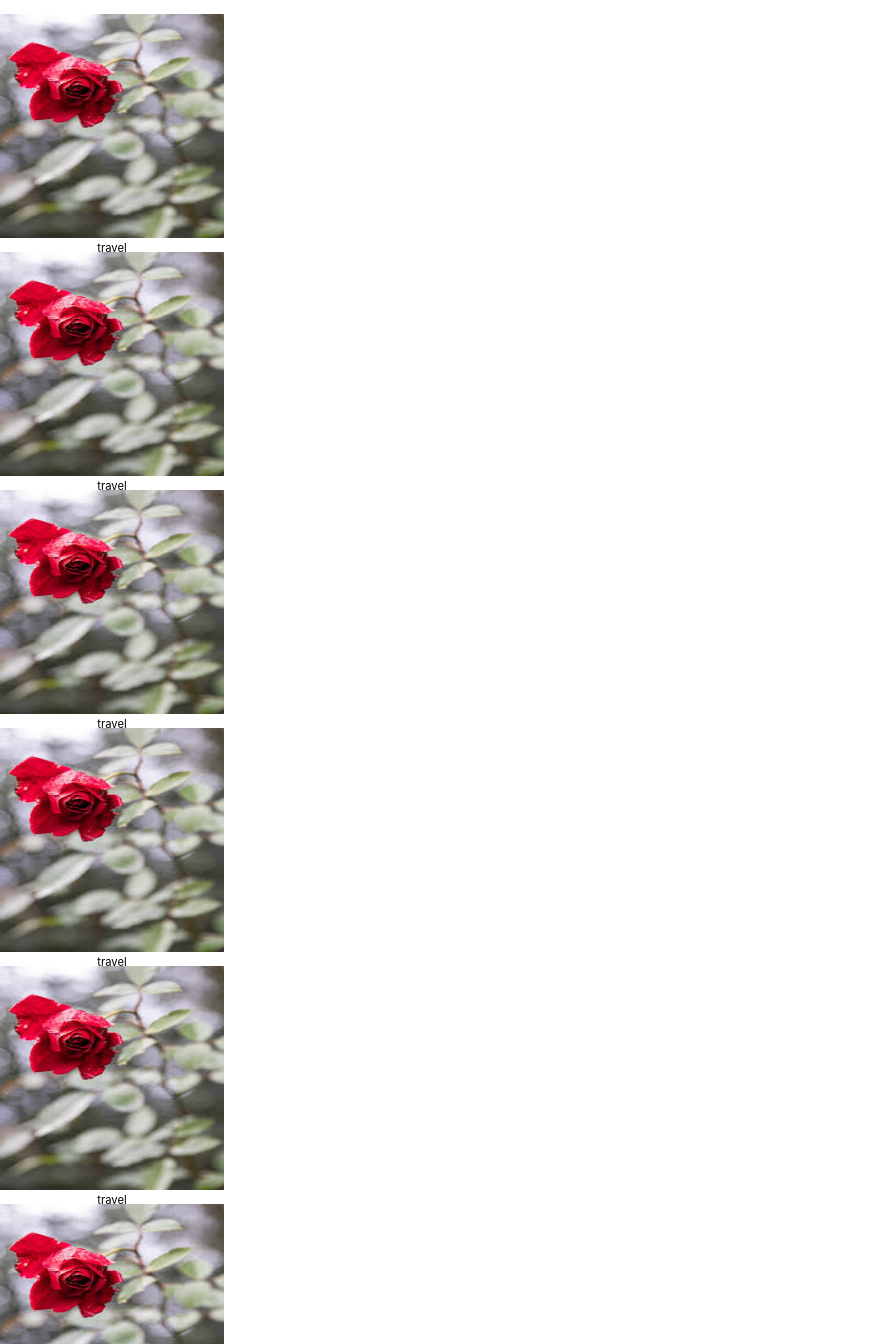
Repository: vakharia5/Preview
Page: /
An editor plug-in stored every save of this project. The page is shown before and after the next save, followed by the edit.
The browser window is 1280 px wide. The pictures show the part of the page from y = 0 to 1920 px (the page is 2780 px tall), at 70% of full size.
The project was rebuilt for these pictures with package versions that can differ from the ones it lists, and the page was loaded fresh each time.

Above is the page before, as saved 2020-06-22 14:38:48.

After the next save:
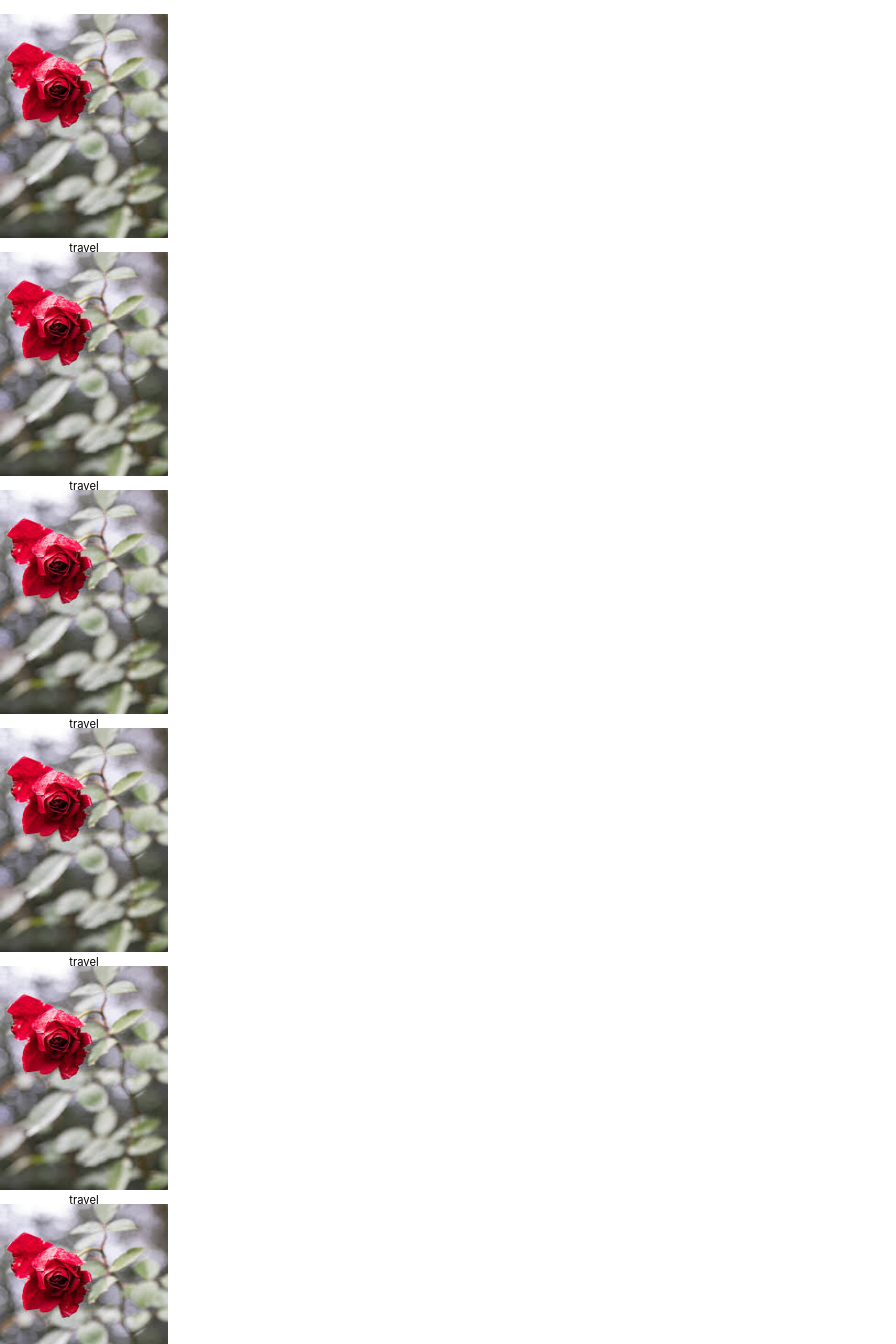
Saved 18 s later.
--- a/src/assets/css/Style.css
+++ b/src/assets/css/Style.css
@@ -1,11 +1,11 @@
 .card{
     height: 20rem;
-    width: 20rem;
+    width: 15rem;
     margin-right: 5px;
     margin-top: 20px;
 }
 
 .cardImage {
     height: 20rem;
-    width: 20rem;
+    width: 15rem;
 }

After the 2 saves that followed:
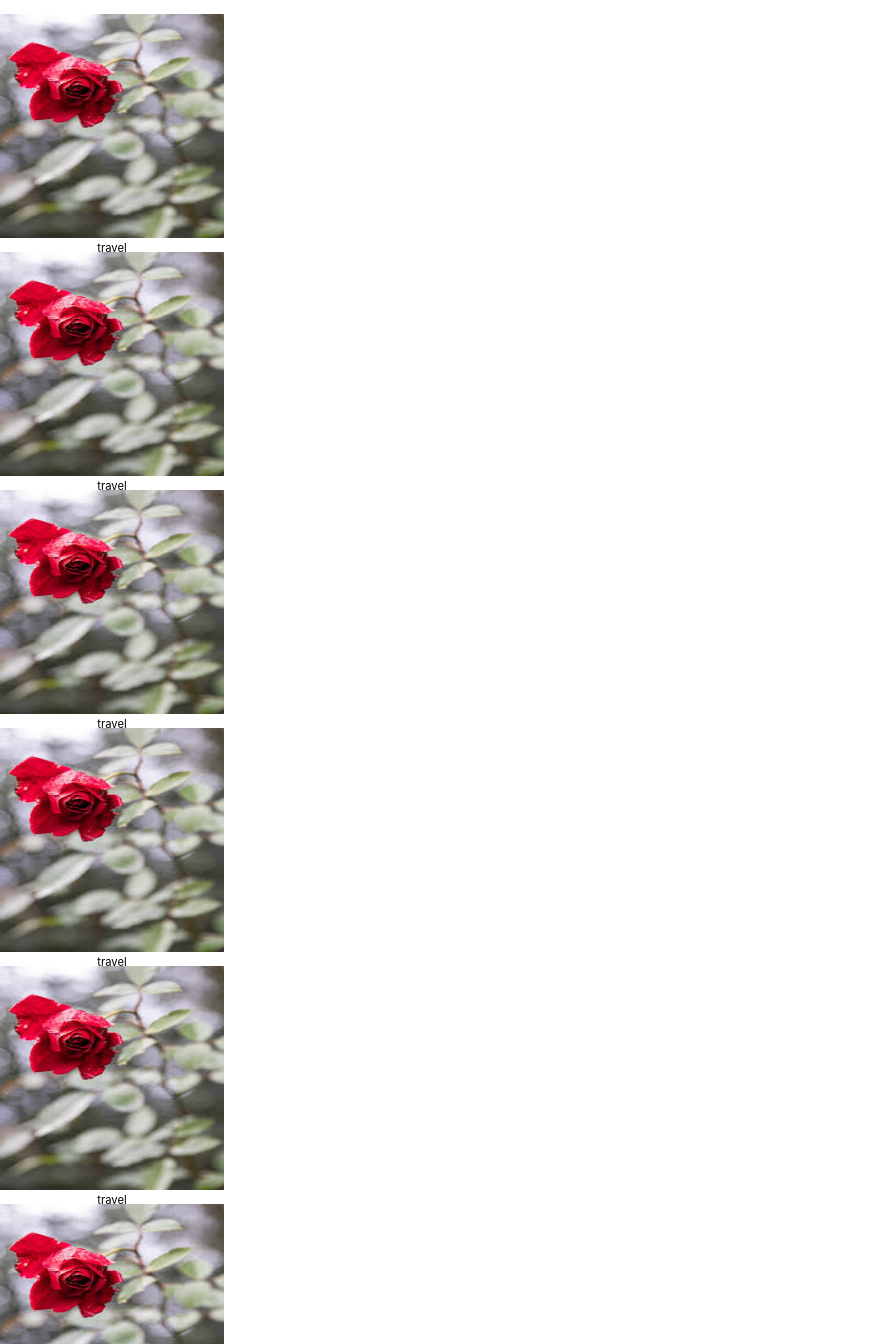
The 2 saves are shown as one change because 1 left the picture as it was.
The last was saved 35 s later.
--- a/src/assets/css/Style.css
+++ b/src/assets/css/Style.css
@@ -1,11 +1,11 @@
 .card{
     height: 20rem;
-    width: 15rem;
-    margin-right: 5px;
+    width: 20rem;
+    /* margin-right: px; */
     margin-top: 20px;
 }
 
 .cardImage {
     height: 20rem;
-    width: 15rem;
+    width: 20rem;
 }
